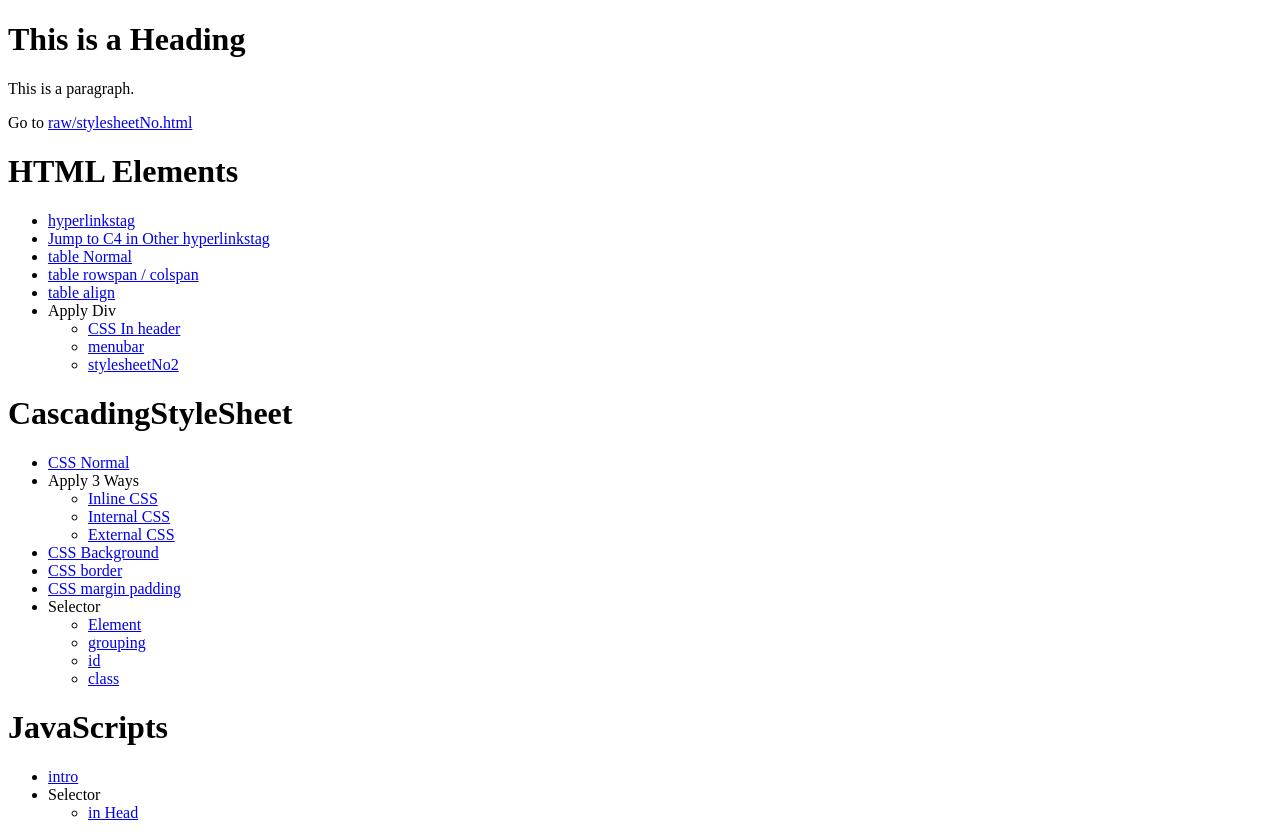
Repository: SanghunOh/learn_publising
Page: HtmlCss/WebContent/index.html
These files come from the project's save history. The page is drawn as it stood at one moment and after the next save; the edit follows.
The browser window is 1280 px wide. The pictures show the whole page.

Above is the page before, as saved 2018-05-07 03:41:07.

### HtmlCss/WebContent/index.html
<!DOCTYPE html>
<!-- HTML5 -->
<html>
<head>
<meta charset="UTF-8">
<title>Home</title>
</head>
<body>
	<h1>This is a Heading</h1>
	<p>This is a paragraph.</p>

	<p>
		Go to <a href="multiple/stylesheetNo.html">raw/stylesheetNo.html</a>
	</p>

	<h1>HTML Elements</h1>
	<ul>
		<li><a href="HtmlElements/hyperlinkstag.html">hyperlinkstag</a></li>
		<li><a href="HtmlElements/hyperlinkstag.html#C4">Jump to C4
				in Other hyperlinkstag</a></li>
		<li><a href="HtmlElements/table_normal.html">table Normal</a></li>
		<li><a href="HtmlElements/table_rowcolspan.html">table
				rowspan / colspan</a></li>
		<li><a href="HtmlElements/table_align.html">table align</a></li>
		<li>Apply Div
			<ul>
				<li><a href="HtmlElements/applyDiv/cssinheader.html">CSS In header</a></li>
				<li><a href="HtmlElements/applyDiv/menubar.html">menubar</a></li>
				<li><a href="HtmlElements/applyDiv/stylesheetNo2.html">stylesheetNo2</a></li>
			</ul>
		</li>
	</ul>

	<h1>CascadingStyleSheet</h1>
	<ul>
		<li><a href="CascadingStyleSheet/css_normal.html">CSS Normal</a></li>
		<li>Apply 3 Ways
			<ul>
				<li><a href="CascadingStyleSheet/3waysCSS/inline.html">Inline
						CSS</a></li>
				<li><a href="CascadingStyleSheet/3waysCSS/internal.html">Internal
						CSS</a></li>
				<li><a href="CascadingStyleSheet/3waysCSS/external.html">External
						CSS</a></li>
			</ul>
		</li>
		<li><a href="CascadingStyleSheet/css_background.html">CSS
				Background</a></li>
		<li><a href="CascadingStyleSheet/css_border.html">CSS border</a></li>
		<li><a href="CascadingStyleSheet/css_marginpadding.html">CSS
				margin padding</a></li>
		<li>Selector
			<ul>
				<li><a href="CascadingStyleSheet/selector/element.html">Element</a></li>
				<li><a href="CascadingStyleSheet/selector/grouping.html">grouping</a></li>
				<li><a href="CascadingStyleSheet/selector/id.html">id</a></li>
				<li><a href="CascadingStyleSheet/selector/class.html">class</a></li>
			</ul>
		</li>
	</ul>

	<h1>JavaScripts</h1>
	<ul>
		<li><a href="JavaScripts/intro.html">intro</a></li>
		<li>Selector
			<ul>
				<li><a href="JavaScripts/whereto/inHead.html">in Head</a></li>
			</ul>
		</li>
	</ul>
</body>
</html>

After the next save:
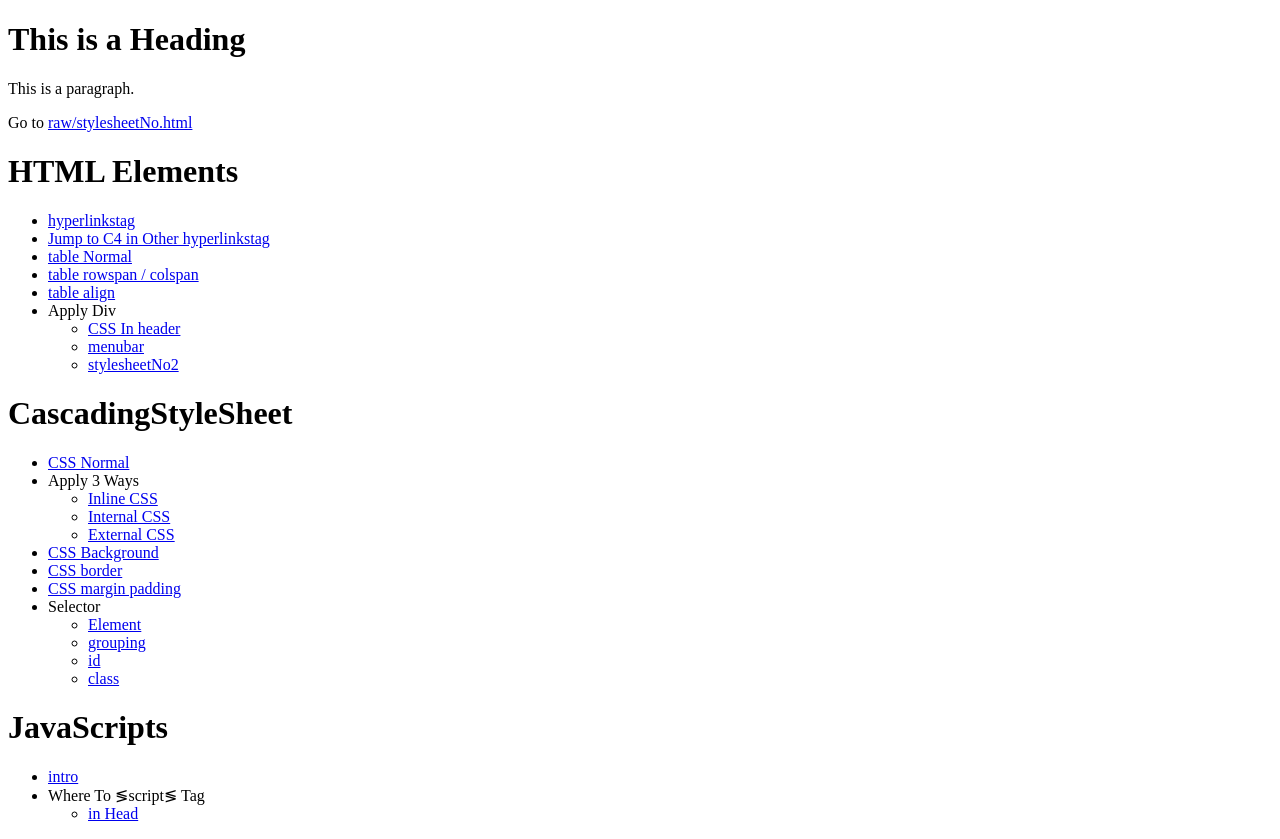
Saved 57 s later.
--- a/HtmlCss/WebContent/index.html
+++ b/HtmlCss/WebContent/index.html
@@ -62,7 +62,7 @@
 	<h1>JavaScripts</h1>
 	<ul>
 		<li><a href="JavaScripts/intro.html">intro</a></li>
-		<li>Selector
+		<li>Where To &lg;script&lg; Tag
 			<ul>
 				<li><a href="JavaScripts/whereto/inHead.html">in Head</a></li>
 			</ul>
